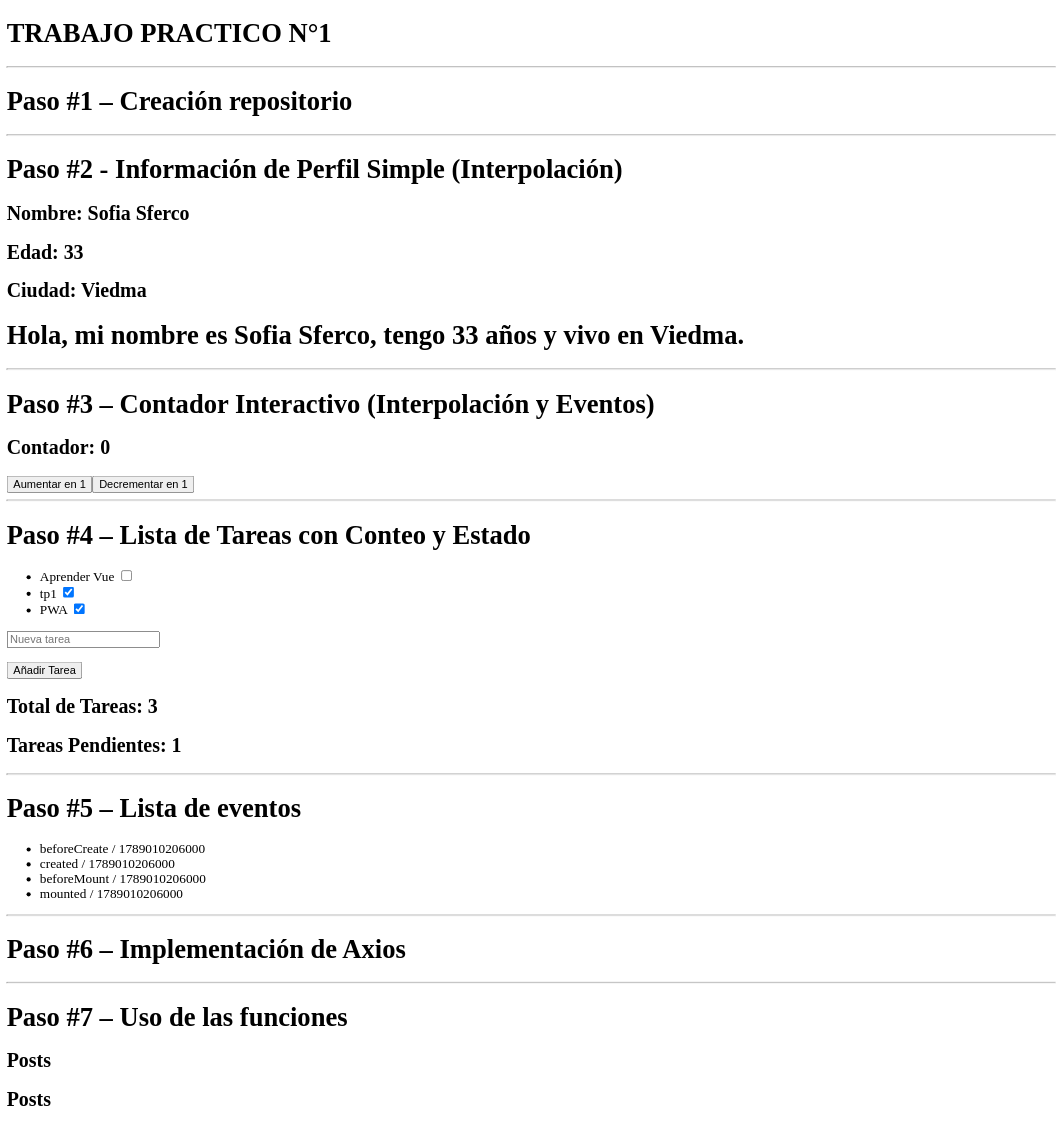
Repository: SofiaSferco/PWA-2026
Page: practico01/index.html
The author's editor kept a copy of each file at every save. The page is drawn from the files as they stood at one save, then again after a run of saves.
The browser window is 1280 px wide. The pictures show the whole page, at 83% of full size.
The page's requests for data from a server got no answer.

Above is the page before, as saved 2026-09-10 04:30:06.
Console error (its wording comes from the project's code and is left out).

After the next 3 saves:
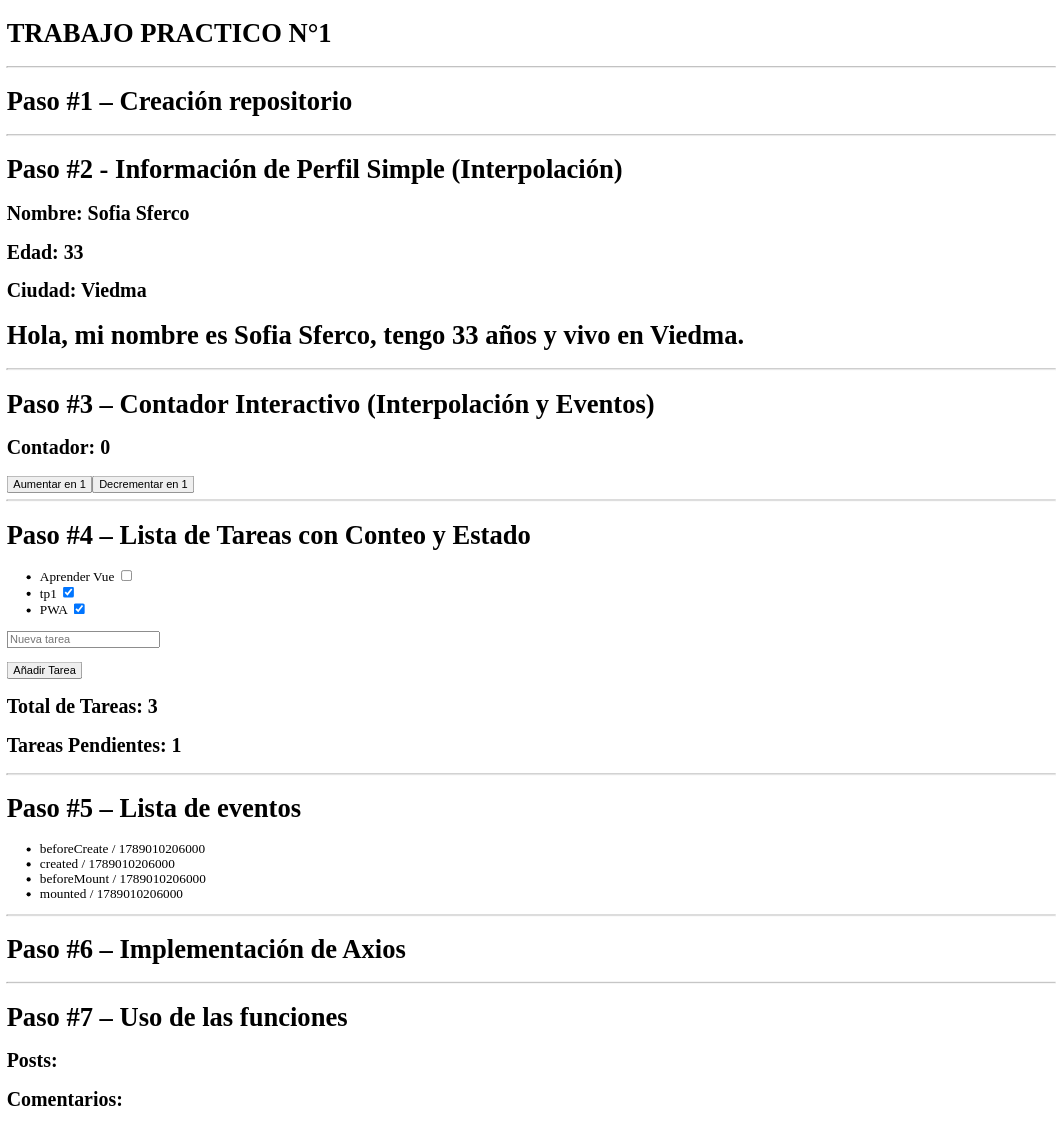
The 3 saves are shown as one change because they came seconds apart.
The last was saved 9 s later.
--- a/practico01/index.html
+++ b/practico01/index.html
@@ -48,13 +48,13 @@
         <h1>Paso #6 – Implementación de Axios</h1>
         <hr>
         <h1>Paso #7 – Uso de las funciones</h1>
-        <h2>Posts</h2>
+        <h2>Posts:</h2>
         <li v-for="post in posts" :key="post.id" @click="cargarComentarios(post.id)">
             <strong>Post {{ post.id }}</strong>
             <p>{{ post.title }}</p>
             <p>{{ post.body }}</p>
         </li>
-        <h2>Posts</h2>
+        <h2>Comentarios:</h2>
         <li v-for="post in posts" :key="post.id"  >
             {{ post.id }} - {{ post.title }}
         </li>
